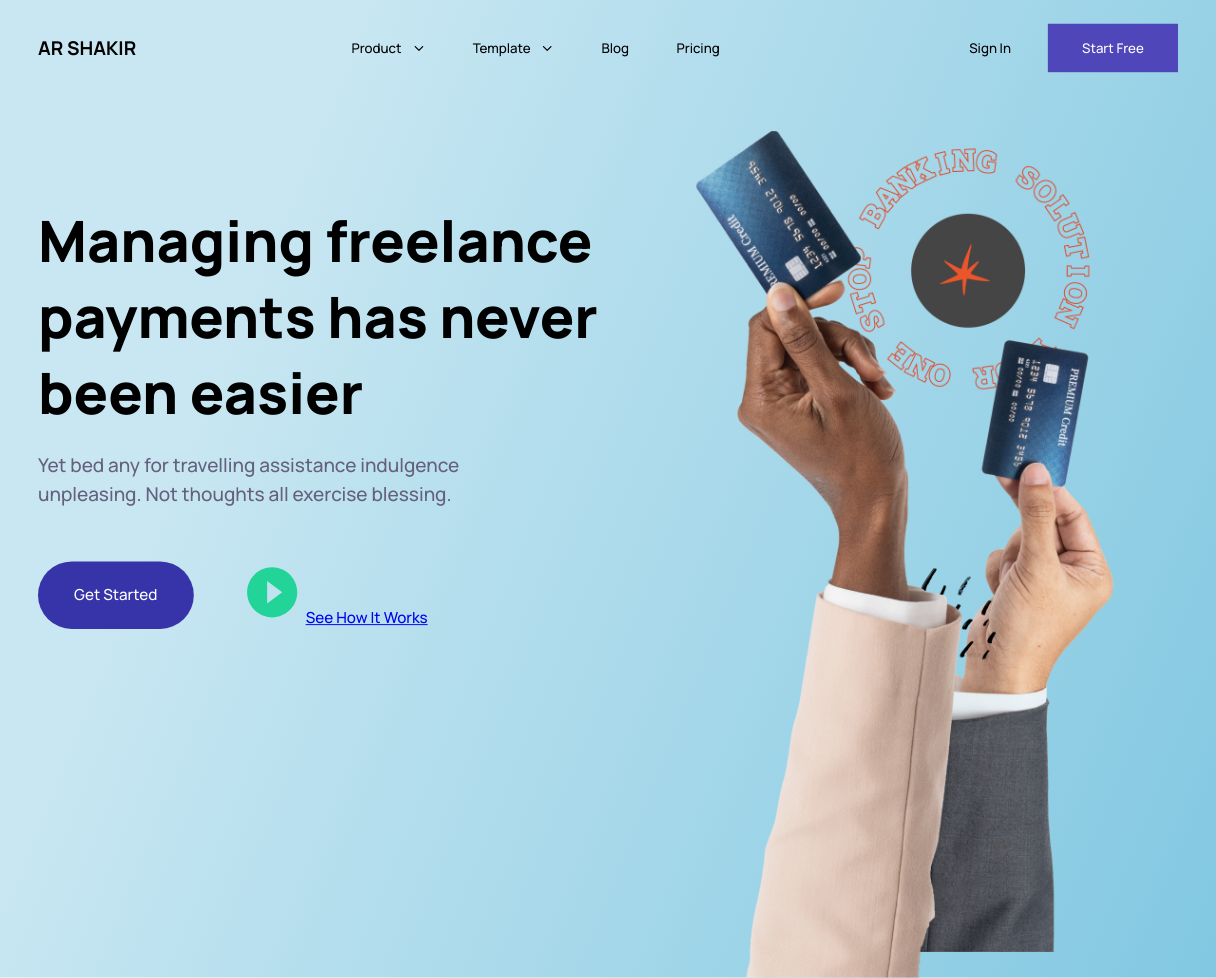
Repository: duongdori/ARShakir
Page: index.html
These files come from the project's save history. The page is drawn as it stood at one moment and after the next save; the edit follows.
The browser window is 1280 px wide. The pictures show the whole page, at 95% of full size.

Above is the page before, as saved 2022-04-02 16:43:22.

After the next save:
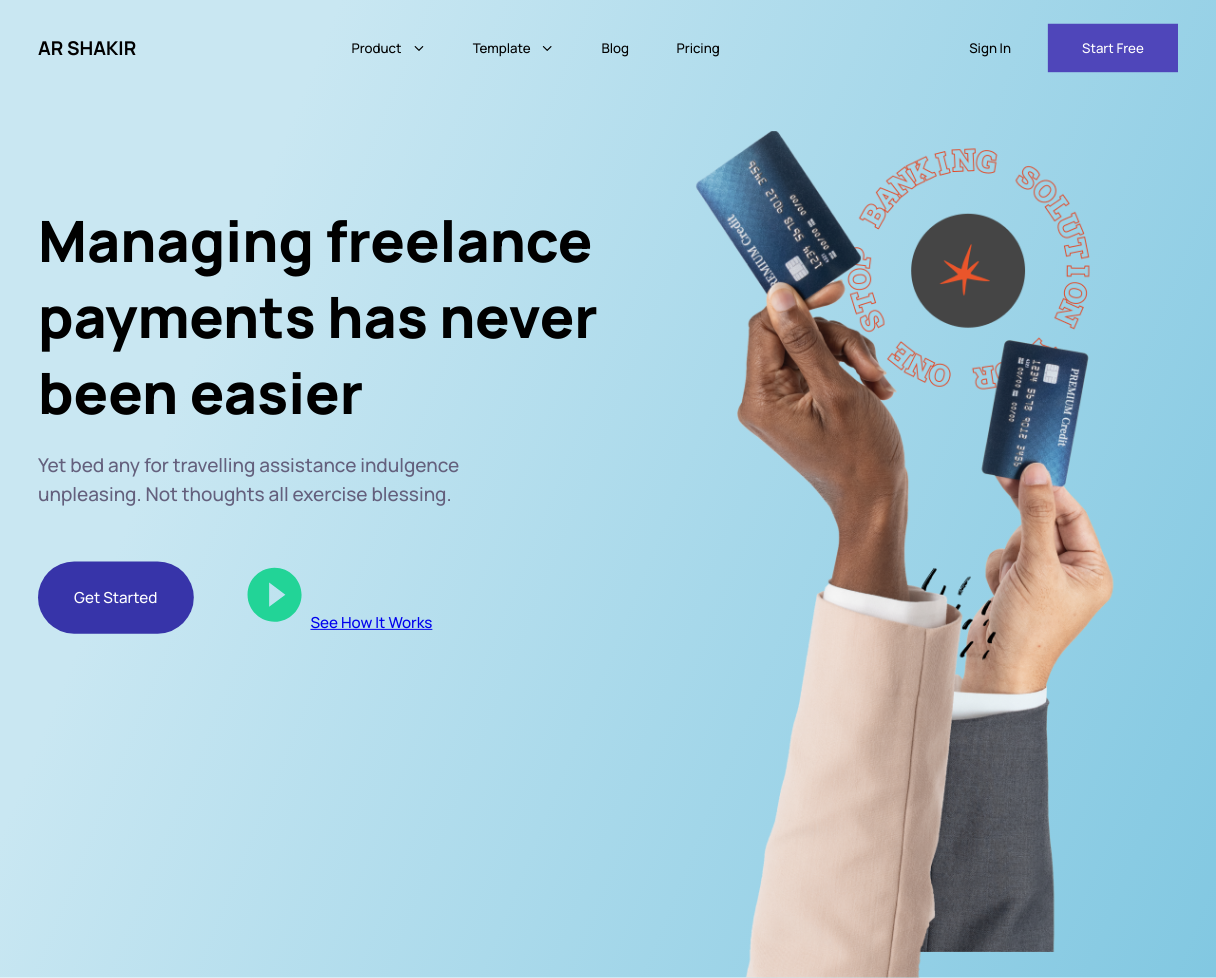
Saved 15 s later.
--- a/assets/css/main.css
+++ b/assets/css/main.css
@@ -167,8 +167,8 @@ body {
 
 .header-content-see_btn-icon {
     color: #22D497;
-    width: 65px;
-    height: 65px;
+    width: 70px;
+    height: 70px;
 }
 
 .header-content-see_btn-link{
